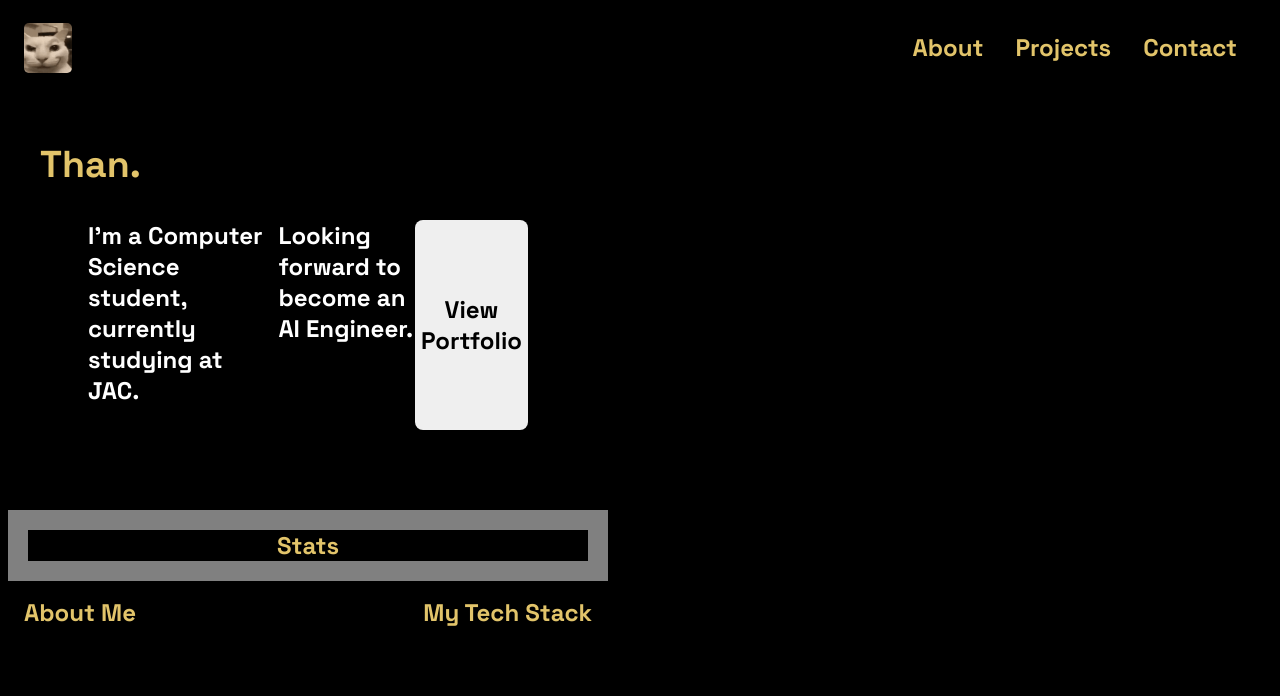
Repository: Than-dot/Than-dot
Page: index.html
These files come from the project's save history. The page is drawn as it stood at one moment and after a run of saves; the edit follows.
The browser window is 1280 px wide. The pictures show the whole page.

Above is the page before, as saved 2026-05-06 12:37:47.

### index.html
<!doctype html>
<html lang="en">
  <head>
    <meta charset="UTF-8" />
    <meta name="viewport" content="width=device-width, initial-scale=1.0" />
    <title>Than</title>
    <link rel="stylesheet" href="styles/global.css" />
    <link rel="stylesheet" href="styles/index.css" />
  </head>

  <body>
    <header>
      <nav>
        <img src="./assets/images/uncanny-cat-freaky.png" alt="cat" />
        <ul class="nav-center">
          <li>About</li>
          <li>Projects</li>
          <li>Contact</li>
        </ul>
      </nav>
    </header>
    <main>
      <section class="container1">
        <article class="f-art"><h1>Than.</h1></article>
        <aside class="f-asi">
          <p>I'm a Computer Science student, currently studying at JAC.</p>
          <p>Looking forward to become an AI Engineer.</p>
          <button>View Portfolio</button>
        </aside>
        <article class="stats">Stats</article>
      </section>
    </main>
    <section class="container2">
      <aside class="s-asi">About Me</aside>
      <article class="s-art">My Tech Stack</article>
    </section>
  </body>
</html>

### styles/global.css
@font-face {
  font-family: Space-Grotesk;
  src: url(/assets/font/Space_Grotesk/SpaceGrotesk-VariableFont_wght.ttf);
}

body {
  font-family: Space-Grotesk, sans-serif;
  font-weight: bold;
  font-size: 1.5rem;
}

button {
  font-family: Space-Grotesk, sans-serif;
  font-weight: bold;
  font-size: 1.5rem;
}

.f-art {
  font-size: 2rem;
}

### styles/index.css
body {
  width: 100%;
  max-width: 600px;
  background-color: black;
  color: #e2c46a;
}
.container1 {
  display: flex;
  flex-direction: column;
  justify-content: center;
}

.f-art {
  margin: 2rem;
  margin-top: 1rem;
}

.f-asi {
  display: grid;
  margin-top: 0;
  justify-content: space-between;
}

p {
  margin: 0;
  margin-bottom: 1.5rem;
  color: white;
}

.stats {
  border: 20px solid grey;
  text-align: center;
}

.s-art {
}

.s-asi {
}

.container2 {
  display: flex;
  flex-direction: row;
  justify-content: space-between;
  margin: 1rem;
}

button {
  border-radius: 8px;
  border: none;
  max-width: 10rem;
}

button:hover {
  box-shadow: 0 6px 12px rgba(0, 0, 0, 0.15);
}

img {
  height: 50px;
  width: auto;
  margin-left: 1rem;
  border-radius: 10%;
}

.nav-center {
  display: flex;
  gap: 32px;
  list-style: none;
  margin-left: 10rem;
}

nav {
  align-items: center;
  display: flex;
  border: white;
}

h1 {
  margin-bottom: 0;
}

@media screen and (min-width: 700px) {
  body {
    width: 100%;
  }
  .nav-center {
    display: flex;
    gap: 32px;
    list-style: none;
    margin-left: 50rem;
  }
  .f-asi {
    display: grid;
    margin-top: 0;
    justify-content: space-between;
  }
  .f-asi {
    display: flex;
    margin: 5rem;
    margin-top: 0;
    justify-content: space-between;
  }
}

After the next 3 saves:
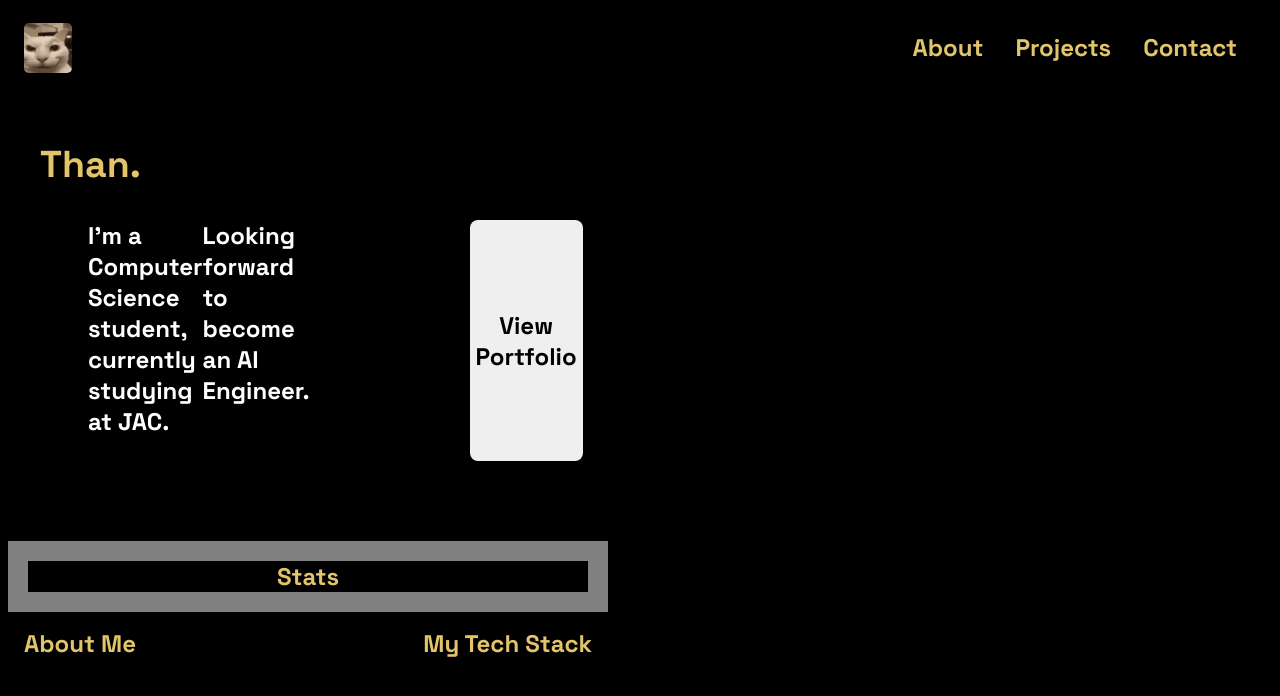
The 3 saves are shown as one change because they came seconds apart.
The last was saved 28 s later.
--- a/styles/index.css
+++ b/styles/index.css
@@ -49,6 +49,7 @@ button {
   border-radius: 8px;
   border: none;
   max-width: 10rem;
+  margin-left: 10rem;
 }
 
 button:hover {
